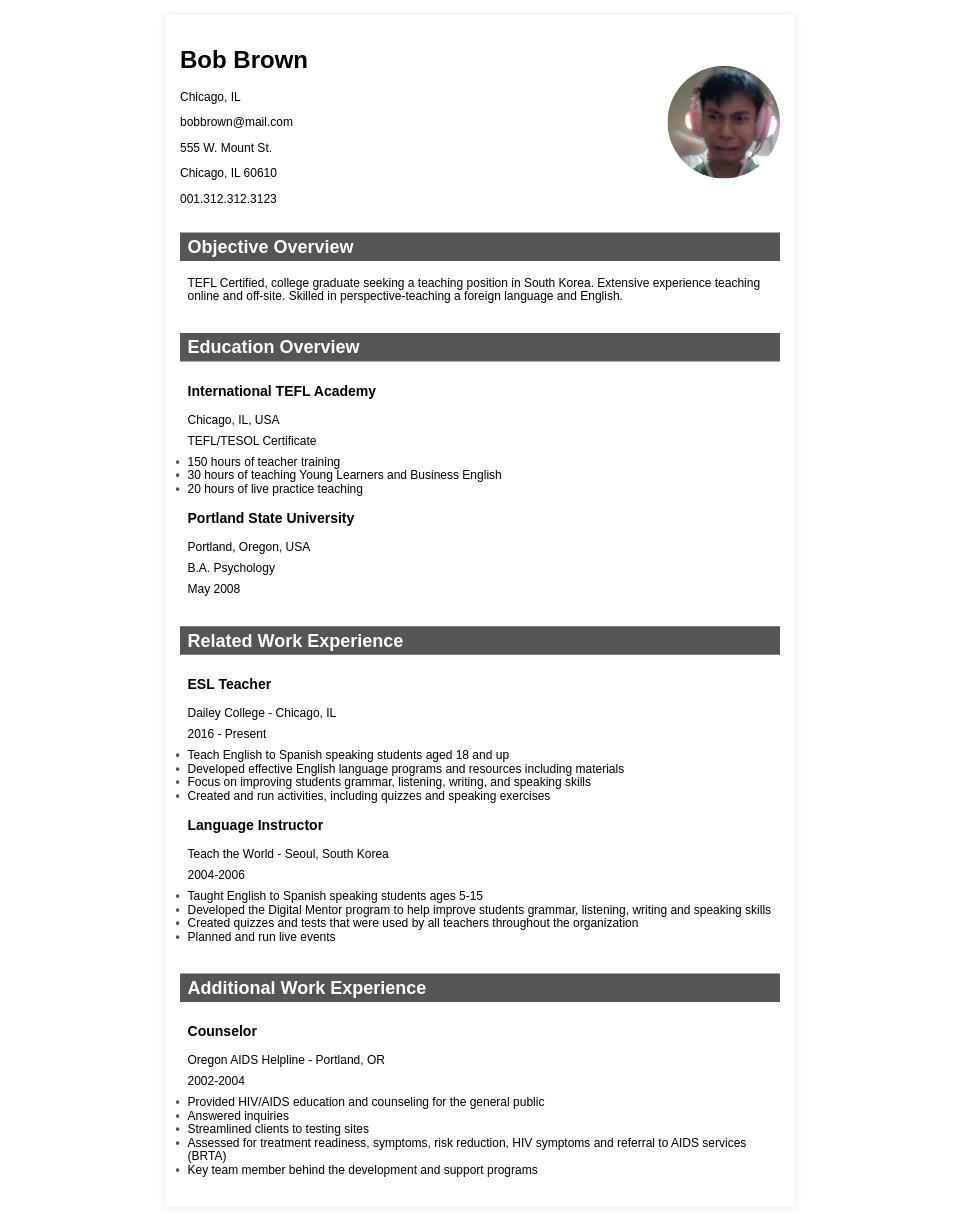
Repository: Gibekkk/WebPro
Page: Tugas Lab 1 (2)/index.html
An editor plug-in stored every save of this project. The page is shown before and after the next save, followed by the edit.
The browser window is 1280 px wide. The pictures show the whole page, at 75% of full size.

Above is the page before, as saved 2024-03-25 13:19:02.

### Tugas Lab 1 (2)/index.html
<!DOCTYPE html>
<html lang="en">
<head>
<meta charset="UTF-8">
<meta name="viewport" content="width=device-width, initial-scale=1.0">
<title>Resume</title>
<style>
  body {
    font-family: Arial, sans-serif;
    margin: 0;
    padding: 0;
    background-color: #f4f4f4;
  }
  body {
    width: 800px;
    margin: 20px auto;
    background-color: #fff;
    padding: 20px;
    box-shadow: 0 0 10px rgba(0, 0, 0, 0.1);
  }
  .header {
    display: flex;
    justify-content: space-between;
    align-items: center;
  }
  .header img {
    width: 150px;
    height: 150px;
    border-radius: 50%;
  }
  .header .contact-info {
    text-align: right;
  }
  .section {
    margin-top: 20px;
  }
  .section-title {
    background-color: #555;
    color: white;
    padding: 5px 10px;
    margin: 0;
  }
  .section-content {
    padding: 10px;
  }
  .section-content p, .section-content ul {
    margin: 10px 0;
  }
  .section-content ul {
    list-style-type: none;
    padding: 0;
  }
  .section-content ul li:before {
    content: "•";
    color: #555;
    font-weight: bold;
    display: inline-block;
    width: 1em;
    margin-left: -1em;
  }
</style>
</head>
<body>
<!-- <div class="resume"> -->
  <div class="header">
    <div>
      <h1>Bob Brown</h1>
      <p>Chicago, IL</p>
      <p>bobbrown@mail.com</p>
      <p>555 W. Mount St.</p>
      <p>Chicago, IL 60610</p>
      <p>001.312.312.3123</p>
    </div>
    <div class="contact-info">
      <img src="javin.jpg" alt="Bob Brown">
    </div>
  </div>
  <div class="section">
    <h2 class="section-title">Objective Overview</h2>
    <div class="section-content">
      <p>TEFL Certified, college graduate seeking a teaching position in South Korea. Extensive experience teaching online and off-site. Skilled in perspective-teaching a foreign language and English.</p>
    </div>
  </div>
  <div class="section">
    <h2 class="section-title">Education Overview</h2>
    <div class="section-content">
      <h3>International TEFL Academy</h3>
      <p>Chicago, IL, USA</p>
      <p>TEFL/TESOL Certificate</p>
      <ul>
        <li>150 hours of teacher training</li>
        <li>30 hours of teaching Young Learners and Business English</li>
        <li>20 hours of live practice teaching</li>
      </ul>
      <h3>Portland State University</h3>
      <p>Portland, Oregon, USA</p>
      <p>B.A. Psychology</p>
      <p>May 2008</p>
    </div>
  </div>
  <div class="section">
    <h2 class="section-title">Related Work Experience</h2>
    <div class="section-content">
      <h3>ESL Teacher</h3>
      <p>Dailey College - Chicago, IL</p>
      <p>2016 - Present</p>
      <ul>
        <li>Teach English to Spanish speaking students aged 18 and up</li>
        <li>Developed effective English language programs and resources including materials</li>
        <li>Focus on improving students grammar, listening, writing, and speaking skills</li>
        <li>Created and run activities, including quizzes and speaking exercises</li>
      </ul>
      <h3>Language Instructor</h3>
      <p>Teach the World - Seoul, South Korea</p>
      <p>2004-2006</p>
      <ul>
        <li>Taught English to Spanish speaking students ages 5-15</li>
        <li>Developed the Digital Mentor program to help improve students grammar, listening, writing and speaking skills</li>
        <li>Created quizzes and tests that were used by all teachers throughout the organization</li>
        <li>Planned and run live events</li>
      </ul>
    </div>
  </div>
  <div class="section">
    <h2 class="section-title">Additional Work Experience</h2>
    <div class="section-content">
      <h3>Counselor</h3>
      <p>Oregon AIDS Helpline - Portland, OR</p>
      <p>2002-2004</p>
      <ul>
        <li>Provided HIV/AIDS education and counseling for the general public</li>
        <li>Answered inquiries</li>
        <li>Streamlined clients to testing sites</li>
        <li>Assessed for treatment readiness, symptoms, risk reduction, HIV symptoms and referral to AIDS services (BRTA)</li>
        <li>Key team member behind the development and support programs</li>
      </ul>
    </div>
  </div>
<!-- </div> -->
</body>
</html>

After the next save:
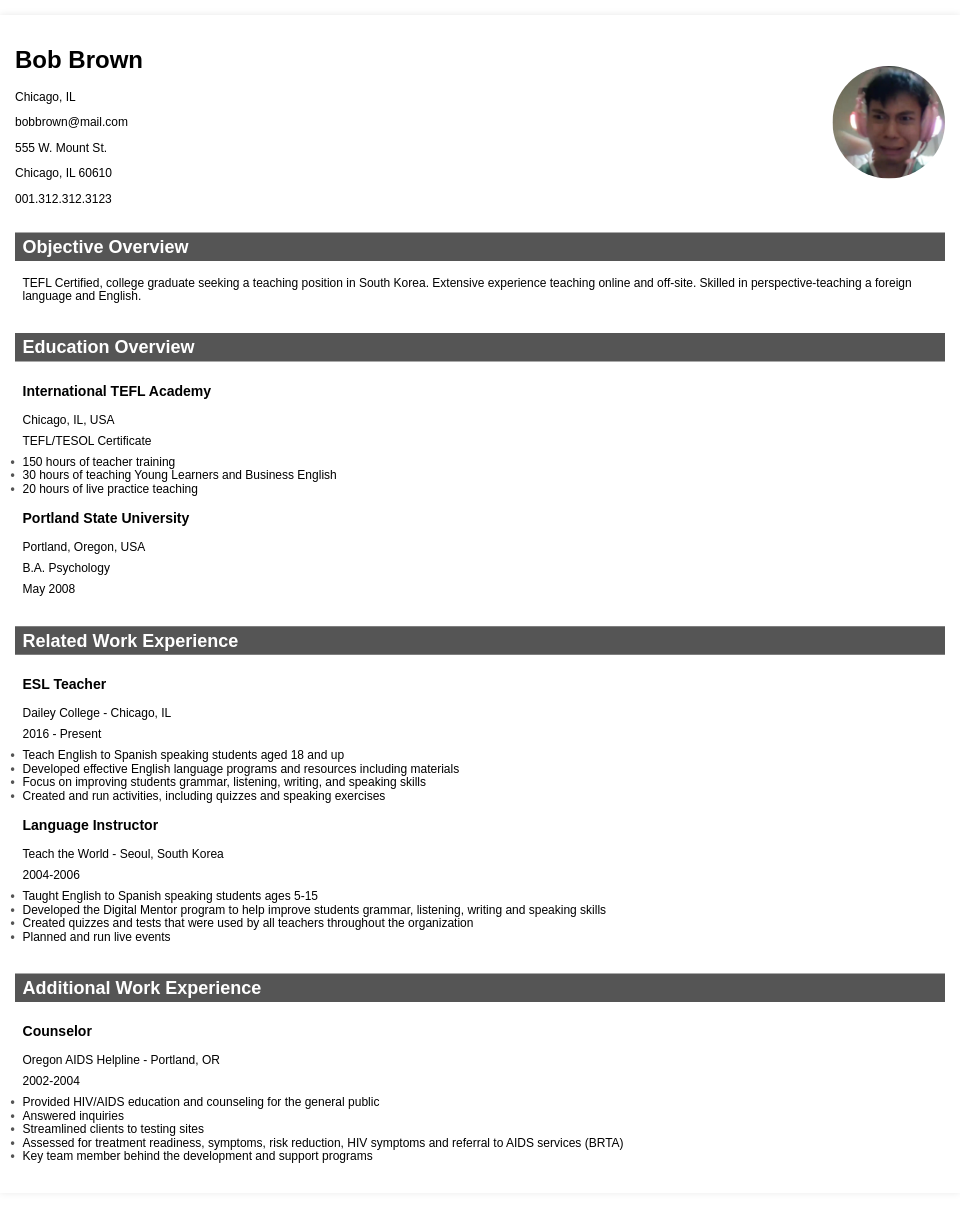
Saved 9 s later.
--- a/Tugas Lab 1 (2)/index.html
+++ b/Tugas Lab 1 (2)/index.html
@@ -12,7 +12,7 @@
     background-color: #f4f4f4;
   }
   body {
-    width: 800px;
+    /* width: 800px; */
     margin: 20px auto;
     background-color: #fff;
     padding: 20px;
